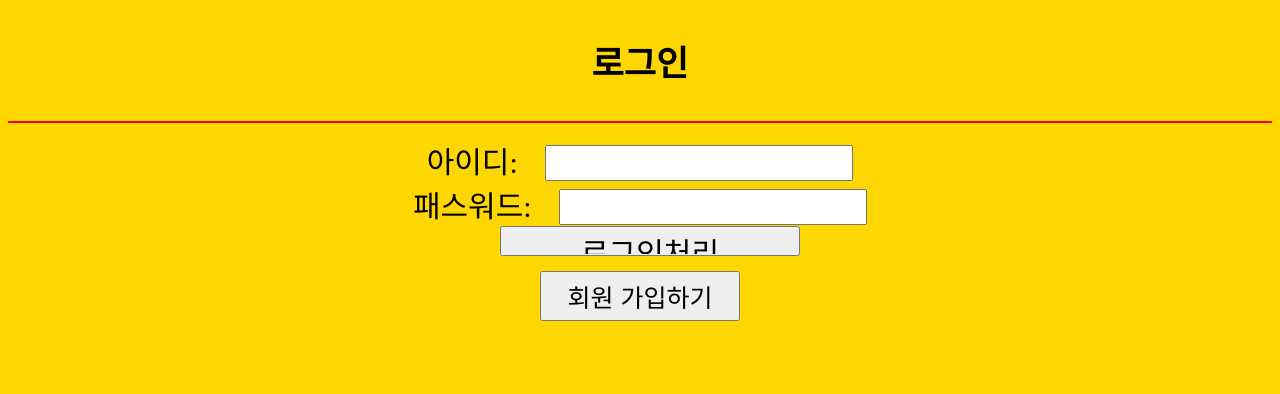
Repository: skywalker221-Minsoo/Java-project
Page: http://localhost/SecondProject/enter.jsp
These files come from the project's save history. The page is drawn as it stood at one moment and after a run of saves; the edit follows.
The browser window is 1280 px wide. The pictures show the whole page.
The page is served by Tomcat 9. Nobody is signed in. The application's start-up code is not run. Other server files are loaded and not shown.

Above is the page before, as saved 2021-04-13 06:53:25.

### SecondProject/src/main/webapp/enter.jsp
<%@ page language="java" contentType="text/html; charset=UTF-8"
    pageEncoding="UTF-8"%>
<!DOCTYPE html>
<html>
<head>
<meta charset="UTF-8">
<style>
.center{
	text-align: center;
	font-size: 30px;
}

input {
	width: 300px;
	height: 30px;
	font-size: 30px;
	margin: 0 0 0 20px;
}

button {
	height: 50px;
	Width: 200px;
	font-size: 25px;
}
</style>
<title>다나와pc 로그인</title>
<link rel="stylesheet" type="text/css" href="resources/css/out.css">
</head>
<body bgcolor = "gold">
<div class="center">
<h3>로그인</h3>
<hr color="red">
<% if(session.getAttribute("user_Id") == null) {%>
<form action="enter">
아이디: <input type="text" name="user_id"><br>
패스워드: <input type="text" name="user_pw"><br>
<input type="submit" value="로그인처리">
<%}else{ %>
${user_Id}님 환영합니다.<a href=select?user_id=${user_Id}>내정보보기</a>
<%} %> <br>

</form>
<a href="insert.jsp"><button>회원 가입하기</button></a>
</div>
</body>
</html>

Loaded but not shown: SecondProject/src/main/webapp/resources/css/out.css (common file)

After the next 2 saves:
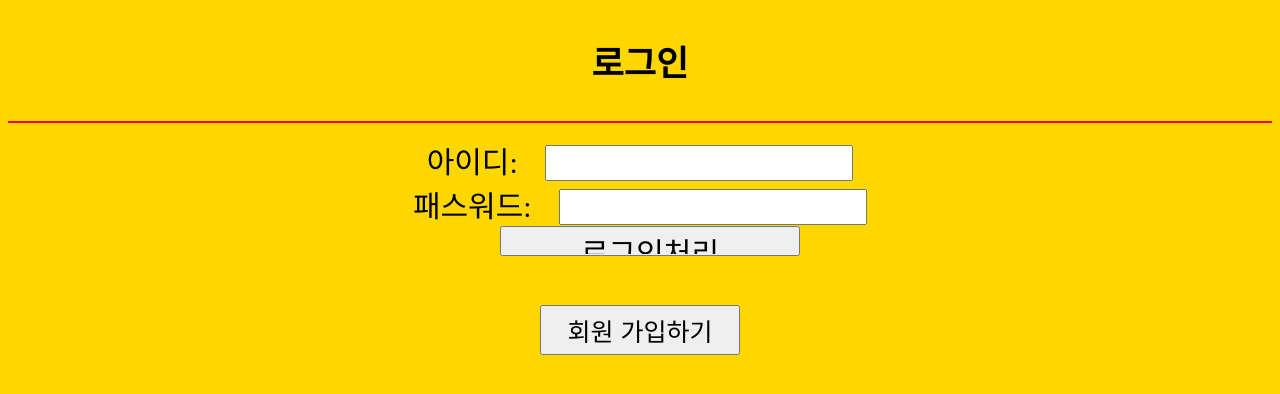
The 2 saves are shown as one change because they came seconds apart.
The last was saved 81 s later.
--- a/SecondProject/src/main/webapp/enter.jsp
+++ b/SecondProject/src/main/webapp/enter.jsp
@@ -34,7 +34,7 @@ button {
 <form action="enter">
 아이디: <input type="text" name="user_id"><br>
 패스워드: <input type="text" name="user_pw"><br>
-<input type="submit" value="로그인처리">
+<input type="submit" value="로그인처리"><br>
 <%}else{ %>
 ${user_Id}님 환영합니다.<a href=select?user_id=${user_Id}>내정보보기</a>
 <%} %> <br>
